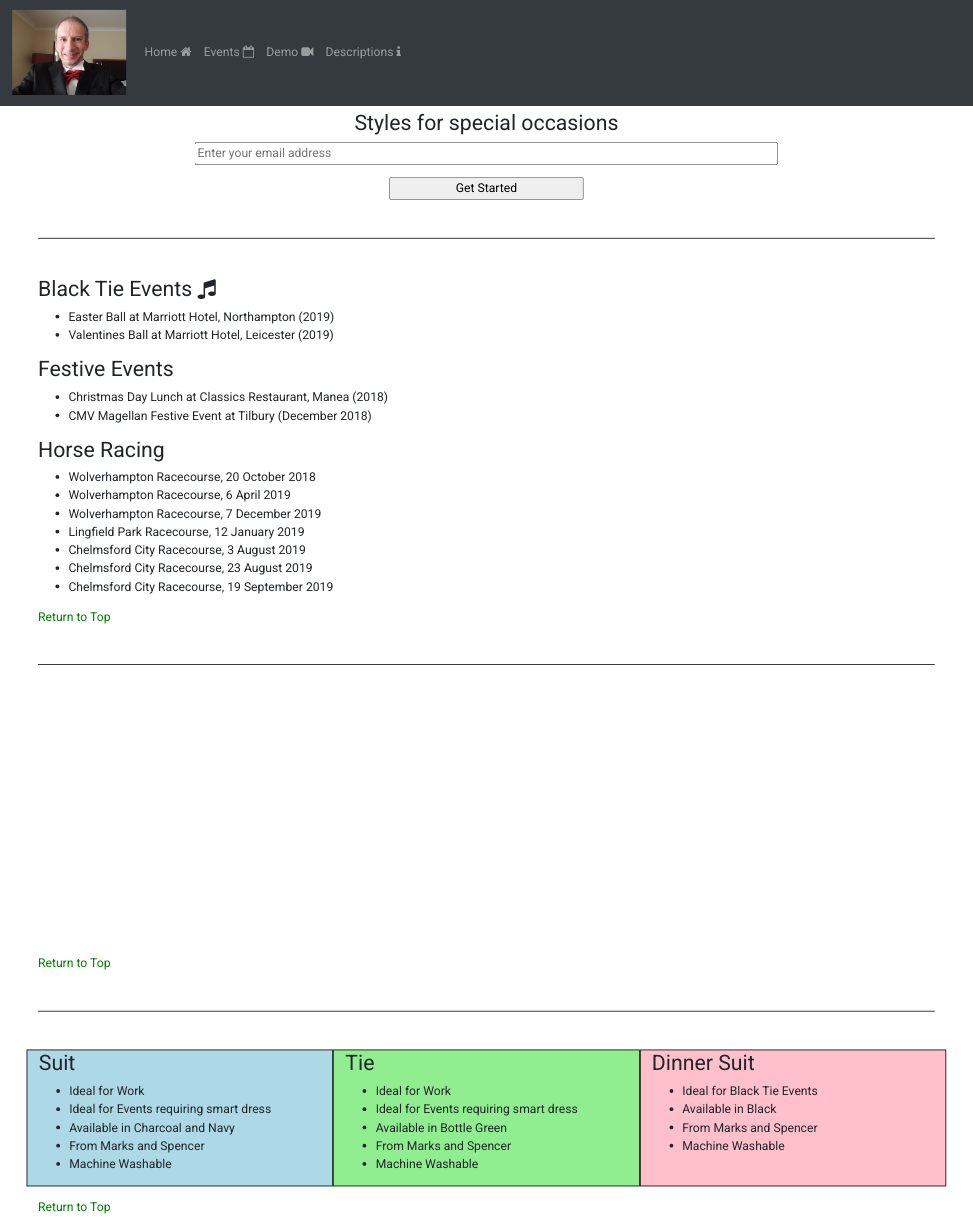
Repository: derektypist/product-landing-page
Page: index.html
The author's editor kept a record of every edit. The page is drawn from the files as they stood at one moment, then again after the next edit.
The browser window is 1280 px wide. The pictures show the whole page, at 76% of full size.
Pictures or frames that could not be fetched are drawn as grey boxes.

Above is the page before.

### index.html
<!DOCTYPE html>
<html lang="en">

<head>
    <meta charset="UTF-8">
    <meta name="viewport" content="width=device-width, initial-scale=1.0">
    <meta http-equiv="X-UA-Compatible" content="ie=edge">
    <title>Product Landing Page</title>
    <!-- Load Style Sheets -->
    <link rel="stylesheet" href="https://maxcdn.bootstrapcdn.com/bootstrap/4.4.1/css/bootstrap.min.css" integrity="sha384-Vkoo8x4CGsO3+Hhxv8T/Q5PaXtkKtu6ug5TOeNV6gBiFeWPGFN9MuhOf23Q9Ifjh" crossorigin="anonymous">
    <link rel="stylesheet" href="https://maxcdn.bootstrapcdn.com/font-awesome/4.7.0/css/font-awesome.min.css" type="text/css" />
    <link href="https://fonts.googleapis.com/css?family=Roboto&display=swap" rel="stylesheet">
    <style>
        /* Main Body */

        #mainbody {
            font-family: "Roboto", Arial, Verdana, sans-serif;
            padding-top: 135px;
        }

        /* Header and Navigation */

        #header {
            padding-bottom: 10px;
        }

        #header-img {
            max-height: 112px;
        }

        #nav-bar {
            padding-bottom: 10px;
        }

        a {
            text-decoration: none;
            color: green;
        }

        a:hover {
            text-decoration: none;
            color: fuchsia;
        }

        /* Form */

        #form {
            text-align: center;
            width: 100%;
            display: block;
            margin: auto;
        }

        input {
            width: 60%;
        }

        input[type=submit] {
            width: 20%;
        }

        /* Horizontal Rule */

        hr {
            border-color: black;
            margin: 50px;
        }



        /* Events */

        #events {
            margin-left: 50px;
        }

        /* Demo */

        #demo {
            margin-left: 50px;
        }

        #video {
            max-width: 100%;
            display: block;
            margin: auto;
        }

        /* Descriptions */

        #descriptions {
            margin-left: 50px;
            margin-right: 50px;
        }

        .suit {
            background-color: lightblue;
            border: 1px solid black;
        }

        .tie {
            background-color: lightgreen;
            border: 1px solid black;
        }

        .dinnersuit {
            background-color: pink;
            border: 1px solid black;
        }
    </style>
</head>

<body id="mainbody">
    <!-- Set Up Header -->
    <header id="header">
        <!-- Set Up Navigation with Image -->
        <nav class="navbar navbar-expand navbar-dark bg-dark fixed-top" id="nav-bar">
            <a class="navbar-brand" href="index.html"><img src="derek.JPG" title="Derek Dhammaloka" alt="Derek Dhammaloka" id="header-img"></a>
            <button class="navbar-toggler" type="button" data-toggle="collapse" data-target="navbarSupportedContent" aria-controls="navbarSupportedContent" aria-expanded="false" aria-label="Toggle navigation">
    <span class="navbar-toggler-icon"></span>
  </button>
            <div class="collapse navbar-collapse" id="navbarSupportedContent">
                <ul class="navbar-nav mr-auto">
                    <li class="nav-item">
                        <a class="nav-link" href="#top">Home <i class="fa fa-home" aria-hidden="true"></i></a>
                    </li>
                    <li class="nav-item">
                        <a class="nav-link" href="#events">Events <i class="fa fa-calendar-o" aria-hidden="true"></i></a>
                    </li>
                    <li class="nav-item">
                        <a class="nav-link" href="#demo">Demo <i class="fa fa-video-camera" aria-hidden="true"></i></a>
                    </li>
                    <li class="nav-item">
                        <a class="nav-link" href="#descriptions">Descriptions <i class="fa fa-info" aria-hidden="true"></i></a>
                    </li>
                </ul>
        </nav>
    </header>

    <!-- Set Up Main Content -->
    <main>
        <!-- Set Up Form -->
        <form action="https://www.freecodecamp.com/email-submit" id="form" target="_blank">
            <h3>Styles for special occasions</h3>
            <!-- Set Up Email Field -->
            <input type="email" id="email" name="email" placeholder="Enter your email address">
            <p></p>
            <!-- Set Up Submit Button -->
            <input type="submit" id="submit" value="Get Started">
        </form>

        <!-- Provide Horizontal Rule -->
        <hr>
        <!-- Provide Section for Events -->
        <section id="events">
            <!-- Provide Article for Black Tie Events -->
            <article>
                <p></p>
                <h3>Black Tie Events <i class="fa fa-music" aria-hidden="true"></i></h3>
                <!-- Provide List Items -->
                <ul>
                    <li>Easter Ball at Marriott Hotel, Northampton (2019)</li>
                    <li>Valentines Ball at Marriott Hotel, Leicester (2019)</li>
                </ul>
            </article>

            <!-- Provide Article for Festive Events -->
            <article>
                <p></p>
                <h3>Festive Events</h3>
                <!-- Provide List Items -->
                <ul>
                    <li>Christmas Day Lunch at Classics Restaurant, Manea (2018)</li>
                    <li>CMV Magellan Festive Event at Tilbury (December 2018)</li>
                </ul>
            </article>

            <!-- Provide Article for Horse Racing Events -->
            <article>
                <p></p>
                <h3>Horse Racing</h3>
                <!-- Provide List Items -->
                <ul>
                    <li>Wolverhampton Racecourse, 20 October 2018</li>
                    <li>Wolverhampton Racecourse, 6 April 2019</li>
                    <li>Wolverhampton Racecourse, 7 December 2019</li>
                    <li>Lingfield Park Racecourse, 12 January 2019</li>
                    <li>Chelmsford City Racecourse, 3 August 2019</li>
                    <li>Chelmsford City Racecourse, 23 August 2019</li>
                    <li>Chelmsford City Racecourse, 19 September 2019</li>
                </ul>

                <!-- Provide link to return to top -->
                <a href="#top" title="Return to Top">Return to Top</a>


            </article>
        </section>

        <!-- Provide Horizontal Rule -->
        <hr>


        <!-- Provide Section for Demo -->
        <section id="demo">
            <!-- Set Up Video using iframe -->
            <iframe id="video" width="560" height="315" src="https://www.youtube.com/embed/RiHd1c3qDkE" frameborder="0" allow="accelerometer; autoplay; encrypted-media; gyroscope; picture-in-picture" allowfullscreen></iframe>

            <p></p>
            <!-- Provide link to return to top -->
            <a href="#top" title="Return to Top">Return to Top</a>
        </section>

        <!-- Provide Horizontal Rule -->
        <hr>

        <!-- Provide Section for Descriptions -->
        <section id="descriptions">
            <article class="row">
                <article class="suit col-sm-4">
                    <!-- Provide Article for Suit -->
                    <h3>Suit</h3>
                    <ul>
                        <li>Ideal for Work</li>
                        <li>Ideal for Events requiring smart dress</li>
                        <li>Available in Charcoal and Navy</li>
                        <li>From Marks and Spencer</li>
                        <li>Machine Washable</li>
                    </ul>
                </article>
                <article class="tie col-sm-4">
                    <!-- Provide Article for Tie -->
                    <h3>Tie</h3>
                    <ul>
                        <li>Ideal for Work</li>
                        <li>Ideal for Events requiring smart dress</li>
                        <li>Available in Bottle Green</li>
                        <li>From Marks and Spencer</li>
                        <li>Machine Washable</li>
                    </ul>
                </article>
                <article class="dinnersuit col-sm-4">
                    <!-- Provide Article for Dinner Suit -->
                    <h3>Dinner Suit</h3>
                    <ul>
                        <li>Ideal for Black Tie Events</li>
                        <li>Available in Black</li>
                        <li>From Marks and Spencer</li>
                        <li>Machine Washable</li>
                    </ul>
                </article>
            </article>

        <p></p>
            <!-- Provide link to return to top -->
            <a href="#top" title="Return to Top">Return to Top</a>
        </section>
    </main>
</body>

</html>

After the next edit:
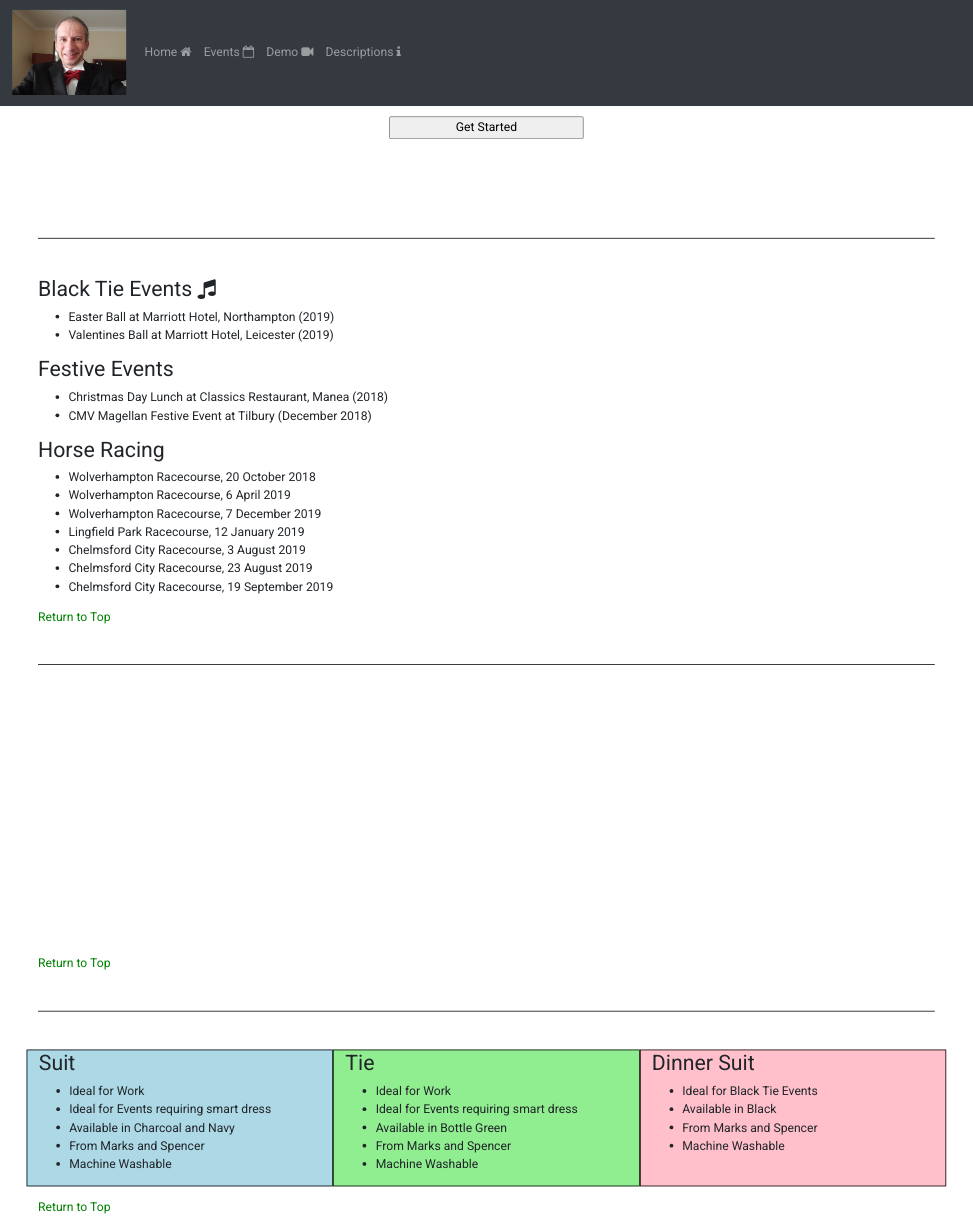
The edit:
--- a/index.html
+++ b/index.html
@@ -49,6 +49,8 @@
             width: 100%;
             display: block;
             margin: auto;
+            position: relative;
+            bottom: 80px;
         }
 
         input {
